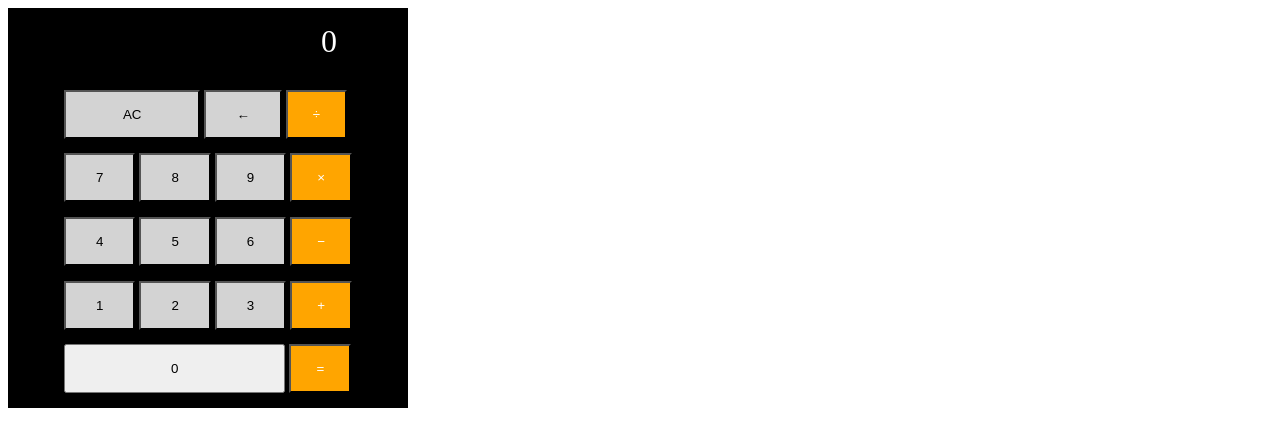
Repository: KaylaDamons/LAB-calculator
Page: index.html
The author's editor kept a copy of each file at every save. The page is drawn from the files as they stood at one save, then again after the next save.
The browser window is 1280 px wide. The pictures show the whole page.

Above is the page before, as saved 2024-01-13 19:56:20.

After the next save:
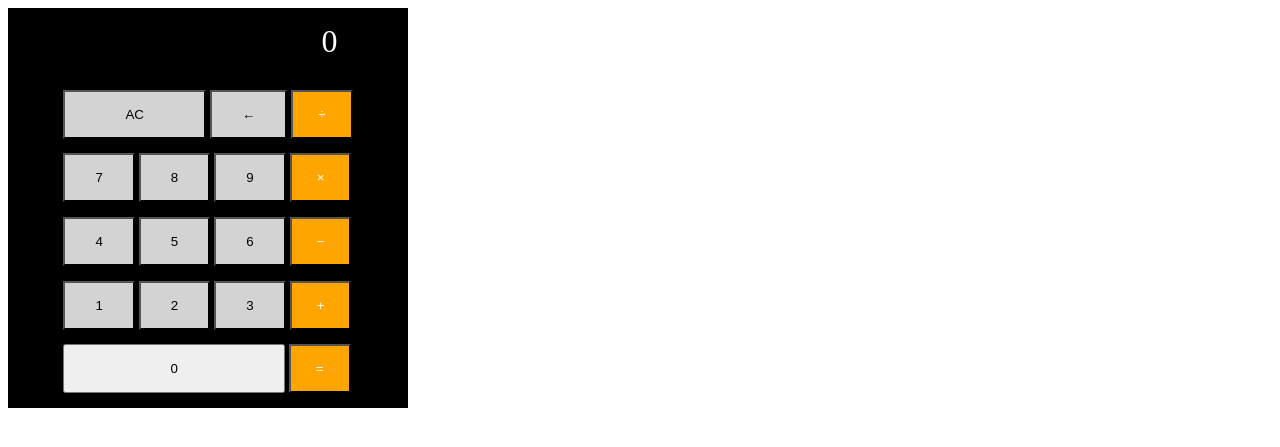
Saved 9 s later.
--- a/main.css
+++ b/main.css
@@ -34,5 +34,5 @@
   padding: 15px 105px;
 }
 .clear {
-  padding: 15px 57px;
+  padding: 15px 60px;
 }
